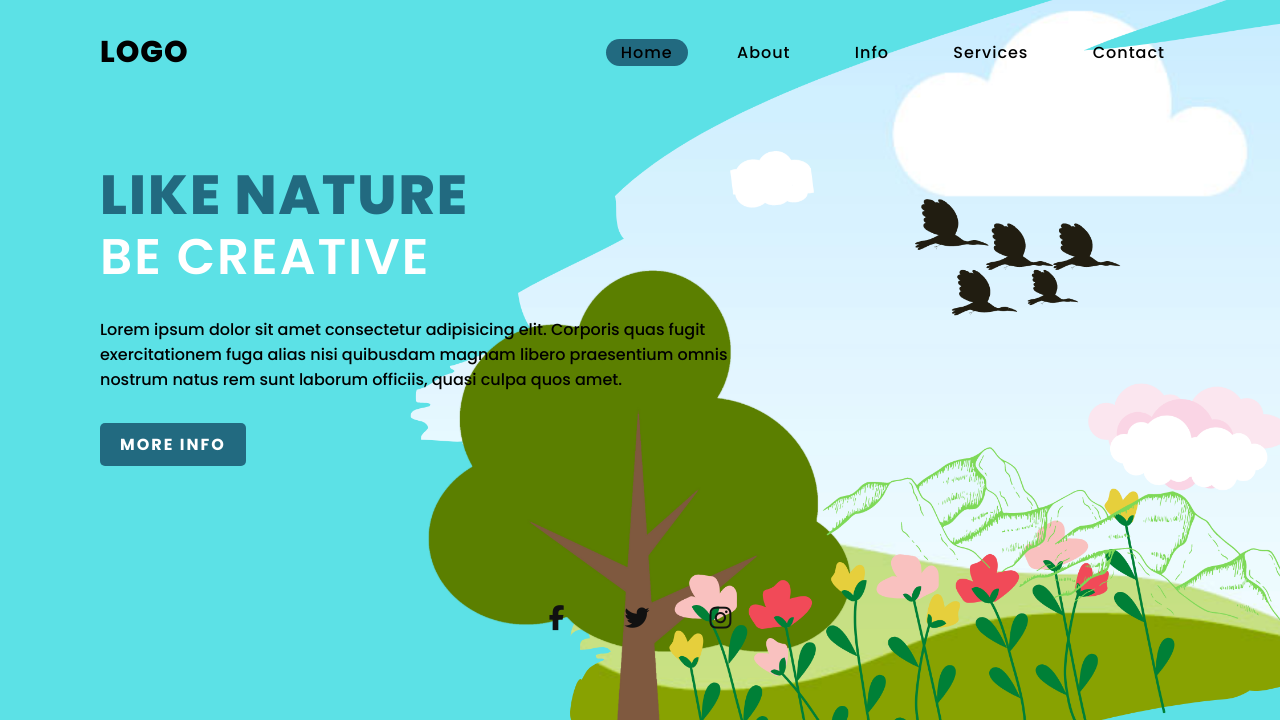
Repository: nganha241/CreativeNature
Page: index.html
An editor plug-in stored every save of this project. The page is shown before and after the next save, followed by the edit.
The browser window is 1280 px wide. The pictures show the whole page.
The pointer rests on the first visible `header .navigation a`.
Some web libraries are served in a nearby version.

Above is the page before, as saved 2022-06-18 09:02:44.

After the next save:
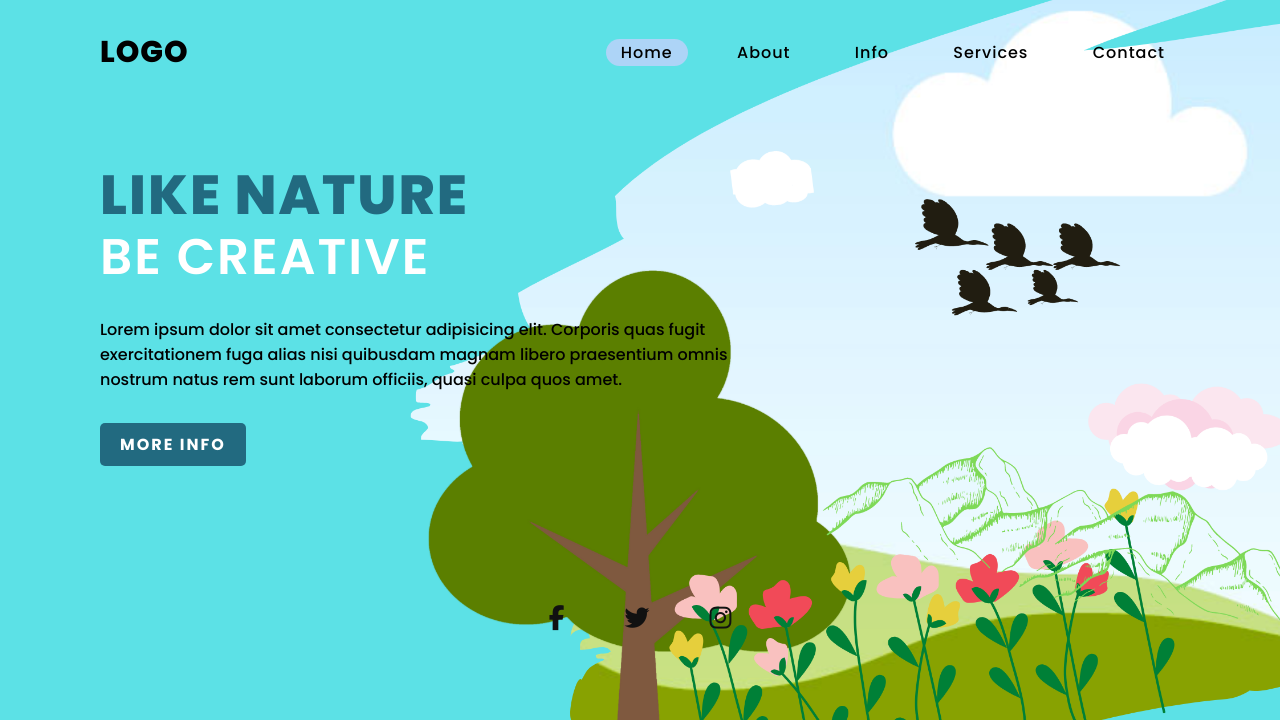
Saved 37 s later.
--- a/style.css
+++ b/style.css
@@ -58,7 +58,7 @@ header .navigation a:not(:last-child) {
 }
 
 header .navigation a:hover {
-    background: #226a80;
+    background: #ADD4F7;
 }
 
 .content {
